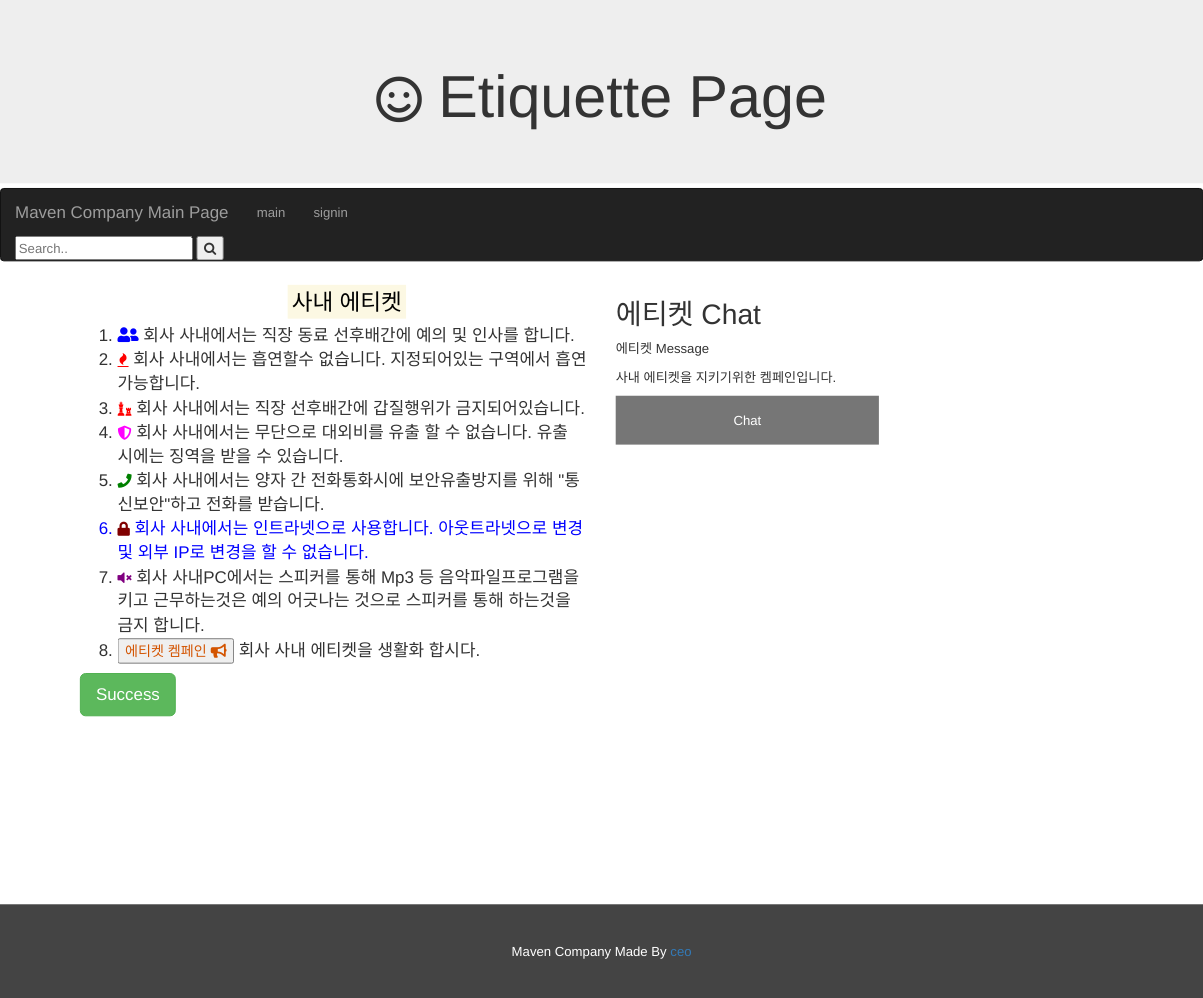
Repository: as2019a/spring
Page: http://localhost/ch19_project_mavenwebsite/WEB-INF/views/etiquette.jsp
The author's editor kept a copy of each file at every save. The page is drawn from the files as they stood at one save, then again after the next save.
The browser window is 1280 px wide. The pictures show the whole page, at 94% of full size.
The pointer rests on the first visible `#f`.
Some web libraries are served in a nearby version. The page is served by Tomcat 9. Nobody is signed in. Other server files are loaded and not shown. The template is opened directly, without the code that normally fills it, so the values that code supplies are empty.

Above is the page before, as saved 2019-01-29 07:33:40.

### ch19_project_mavenwebsite/src/main/webapp/WEB-INF/views/etiquette.jsp
<%@ page language="java" contentType="text/html; charset=UTF-8"
    pageEncoding="UTF-8"%>
<%@ taglib prefix="c" uri="http://java.sun.com/jsp/jstl/core" %>
<%@ taglib prefix="sql" uri="http://java.sun.com/jstl/sql" %>
<%@ taglib prefix="sec" uri="http://www.springframework.org/security/tags"%>
<!DOCTYPE html>
<html>
<head>
<meta charset="UTF-8">
<meta name="viewport"
 	  content="width=device-width, initial-scale=1">
<title>Maven Home page</title>
<link href="https://maxcdn.bootstrapcdn.com/bootstrap/3.3.2/css/bootstrap.min.css" rel="stylesheet">
<link rel="stylesheet" href="https://use.fontawesome.com/releases/v5.5.0/css/all.css">
<link rel="stylesheet" href="https://cdnjs.cloudflare.com/ajax/libs/font-awesome/4.7.0/css/font-awesome.min.css">
<link rel="stylesheet" href="https://fonts.googleapis.com/icon?family=Material+Icons">
<style>
	.jumbotron{
		margin-bottom: 5px;
	}

	/* Button used to open the chat form - fixed at the bottom of the page */
	.open-button {
	  background-color: #555;
	  color: white;
	  padding: 16px 20px;
	  border: none;
	  cursor: pointer;
	  opacity: 0.8;
	  position: static;
	  bottom: 23px;
	  right: 28px;
	  width: 280px;
	}

	/* The popup chat - hidden by default */
	.chat-popup {
	  display: none;
	  position: fixed;
	  bottom: 0;
	  right: 15px;
	  border: 3px solid #f1f1f1;
	  z-index: 9;
	}

	/* Add styles to the form container */
	.form-container {
	  max-width: 300px;
	  padding: 10px;
	  background-color: white;
	}

	/* Full-width textarea */
	.form-container textarea {
	  width: 100%;
	  padding: 15px;
	  margin: 5px 0 22px 0;
	  border: none;
	  background: #f1f1f1;
	  resize: none;
	  min-height: 200px;
	}

	/* When the textarea gets focus, do something */
	.form-container textarea:focus {
	  background-color: #ddd;
	  outline: none;
	}

	/* Set a style for the submit/send button */
	.form-container .btn {
	  background-color: #4CAF50;
	  color: white;
	  padding: 16px 20px;
	  border: solid;
	  cursor: pointer;
	  width: 100%;
	  margin-bottom:10px;
	  opacity: 0.8;
	}

	/* Add a red background color to the cancel button */
	.form-container .cancel {
	  background-color: red;
	}

	/* Add some hover effects to buttons */
	.form-container .btn:hover, .open-button:hover {
	  opacity: 1;
	}

	#a:hover{
		color:blue;
	}

	#b:hover{
		color:red;
	}

	#c:hover{
		color:blue;
	}

	#d:hover{
		color:green;
	}

	#e:hover{
		color:green;
	}

	#f:hover{
		color:blue;
	}

	#g:hover{
		color:red;
	}

	.footer{
		height: 100px;
		line-height: 100px;
		background-color: #444;
		color: white;
		text-align: center;
		margin-top: 200px;
	}
</style>
</head>
<body>
	<div class="jumbotron">
		<h1 class="text-center"><i class='far fa-smile' style='font-size:50px'></i> Etiquette Page</h1>
	</div>
	<div class="navbar navbar-inverse">
		<div class="container-fluid">
			<div class="navbar-header">
					<button type="button"
							class="navbar-toggle"
							data-toggle="collapse"
							data-target="#navbar">
							<span class="icon-bar"></span>
							<span class="icon-bar"></span>
							<span class="icon-bar"></span>
					</button>
					<a class="navbar-brand" href="#">Maven Company Main Page</a>
	    		</div>
	    	<div>
	      	<div class="collapse navbar-collapse" id="myNavbar">
				<ul class="nav navbar-nav">
					<li><a href="/main">main</a></li>
					<sec:authorize access="!isAuthenticated()">
					<li><a href="/user/signin">signin</a></li>
					</sec:authorize>
					<sec:authorize access="isAuthenticated()">
					<li><a href="/user/signup">signup</a></li>
					</sec:authorize>
					<sec:authorize access="isAuthenticated()">
					<li><a href="/board/list">board</a></li>
					</sec:authorize>
					<sec:authorize access="isAuthenticated()">
					<li><a href="/mypage">mypage</a></li>
					</sec:authorize>
					<sec:authorize access="isAuthenticated()">
					<li><a href="/address">address</a></li>
					</sec:authorize>
					<sec:authorize access="isAuthenticated()">
					<li><a href="/cafe">cafe</a></li>
					</sec:authorize>
					<sec:authorize access="isAuthenticated()">
					<li><a href="/calendar">calendar</a></li>
					</sec:authorize>
					<sec:authorize access="isAuthenticated()">
					<li><a href="/worlduniversity">worlduniversity</a></li>
					</sec:authorize>
					<sec:authorize access="isAuthenticated()">
					<li><a href="/etc">etc</a></li>
					</sec:authorize>
					<sec:authorize access="hasRole('ROLE_MANAGER')">
					<li><a href="/manager">manager</a></li>
					</sec:authorize>
					<sec:authorize access="hasRole('ROLE_ADMIN')">
					<li><a href="/admin">admin</a></li>
					</sec:authorize>
					<sec:authorize access="isAuthenticated()">
					<li><a href="javascript:signout()">signout</a></li>
					</sec:authorize>
				</ul>
			</div>
		</div>
			<div class="search-container">
		    <form action="/action_page.php">
		      <input type="text" placeholder="Search.." name="search">
		      <button type="submit"><i class="fa fa-search"></i></button>
		    </form>
		  </div>
		</div>
	</div>
	<div class="container">
		<div class="row">
			<div class="col-lg-12">
				<div class="col-lg-6">
					<h4 style="text-align:center;font-size:x-large;"><i class='fas fa-user' style='font-size:24px;color:background;'></i> <mark>사내 에티켓</mark></h4>
					<ol style="font-size:large;">
						<li id="a" title="">
						<i class='fas fa-user-friends' style='font-size:15x;color:blue;'></i> 회사 사내에서는 직장 동료 선후배간에 예의 및 인사를 합니다.</li>
						<li id="b" title="">
						<i class="fa fa-fire" style="font-size:15px;color:red;"></i> 회사 사내에서는 흡연할수 없습니다. 지정되어있는 구역에서 흡연 가능합니다.</li>
						<li id="c" title="">
						<i class='fas fa-chess' style='font-size:15px;color:red;'></i> 회사 사내에서는 직장 선후배간에 갑질행위가 금지되어있습니다.</li>
						<li id="d" title="">
						<i class='fas fa-shield-alt' style='font-size:15px;color:fuchsia;'></i> 회사 사내에서는 무단으로 대외비를 유출 할 수 없습니다. 유출 시에는 징역을 받을 수 있습니다.</li>
						<li id="e" title="">
						<i class='fas fa-phone' style='font-size:15px;color:green;'></i> 회사 사내에서는 양자 간 전화통화시에 보안유출방지를 위해 "통신보안"하고 전화를 받습니다.</li>
						<li id="f" title="본 기업에서 근무시에 전화통화할때는 군사용어 '통신보안' 이라는 용어를 쓰고 통화하는것이 예의 입니다. 보안유출방지를 위해 군사용어가 일부 사용되고 있습니다.">
						<i class='fas fa-lock' style='font-size:15px;color:maroon;'></i> 회사 사내에서는 인트라넷으로 사용합니다. 아웃트라넷으로 변경 및 외부 IP로 변경을 할 수 없습니다.</li>
						<li id="g" title="MP3, CDP 등 저장매체가 들어가있는 전자제품 반입시에는 반입하기전에 1층 보안관리지휘통제실을 거쳐서 허가 받아야 가능합니다.">
						<i class='fas fa-volume-mute' style='font-size:15px;color:purple;'></i> 회사 사내PC에서는 스피커를 통해 Mp3 등 음악파일프로그램을 키고 근무하는것은 예의 어긋나는 것으로
						스피커를 통해 하는것을 금지 합니다.</li>
						<li><button style='font-size:15px;color:#d35400;' onclick="location.href='eittes.jsp'"> 에티켓 켐페인 <i class='fas fa-bullhorn'></i></button> 회사 사내 에티켓을 생활화 합시다.</li>
					</ol>
					<button type="button" class="btn btn-success btn-lg" data-toggle="popover" title="Popover title" data-content="And here's some amazing content. It's very engaging. Right?">Success</button>
				</div>
				<div class="col-lg-6">
					<h2>에티켓 Chat</h2>
					<p>에티켓 Message</p>
					<p>사내 에티켓을 지키기위한 켐페인입니다.</p>

					<button class="open-button" onclick="openForm()">Chat</button>

					<div class="chat-popup" id="myForm">
					  <form action="/action_page.php" class="form-container">
					    <h1 style="text-align:center;" title="사내 예절 켐페인 운동">에티켓 Message</h1>

					    <label for="msg"><b>Message</b></label>
					    <textarea placeholder="Type message.." name="msg" required title="Message area"></textarea>

					    <button type="submit" class="btn" title="post">Send</button>
					    <button type="button" class="btn cancel" onclick="closeForm()" title="exit">Close</button>
					  </form>

					  <a href="#" data-toggle="popover" title="Popover Header" data-content="사내 에티켓 켐페인 Message는 Send 버튼 누를시에 에티켓 페이지
					  게시판에 post를 거쳐서 올라갑니다.">Message 루트</a>
					</div>
				</div>
			</div>
		</div>
	</div>
	<div class="footer">
		Maven Company Made By <a href="/footerceo">ceo</a>
	</div>
	<script src="https://code.jquery.com/jquery-3.3.1.min.js"></script>
	<script src="https://maxcdn.bootstrapcdn.com/bootstrap/3.3.2/js/bootstrap.min.js"></script>
	<script>
		function signout(){
			var form = document.createElement("form");
			form.method="post";
			form.action="/user/signout";
			var input = document.createElement("input");
			input.type="hidden";
			input.name="${_csrf.parameterName}";
			input.value="${_csrf.token}";
			form.appendChild(input);
			document.body.appendChild(form);
			form.submit();
		}

		$(document).ready(function(){
			 $('[data-toggle="popover"]').popover();
		});

		function openForm() {
			document.getElementById("myForm").style.display = "block";
		}

		function closeForm() {
			document.getElementById("myForm").style.display = "none";
		}
	</script>
</body>
</html>

After the next save:
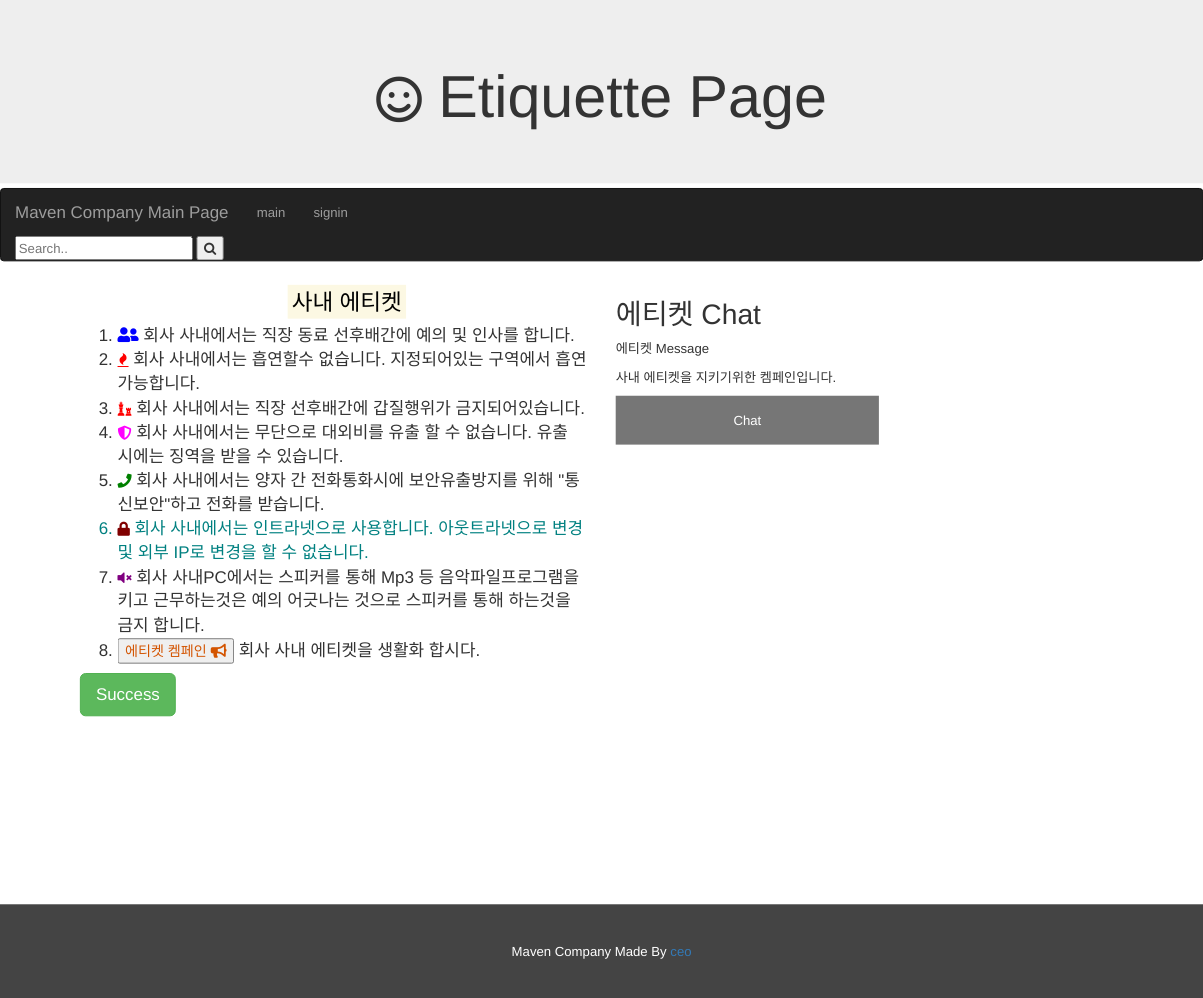
Saved 38 s later.
--- a/ch19_project_mavenwebsite/src/main/webapp/WEB-INF/views/etiquette.jsp
+++ b/ch19_project_mavenwebsite/src/main/webapp/WEB-INF/views/etiquette.jsp
@@ -110,7 +110,7 @@
 	}
 
 	#f:hover{
-		color:blue;
+		color:teal;
 	}
 
 	#g:hover{
